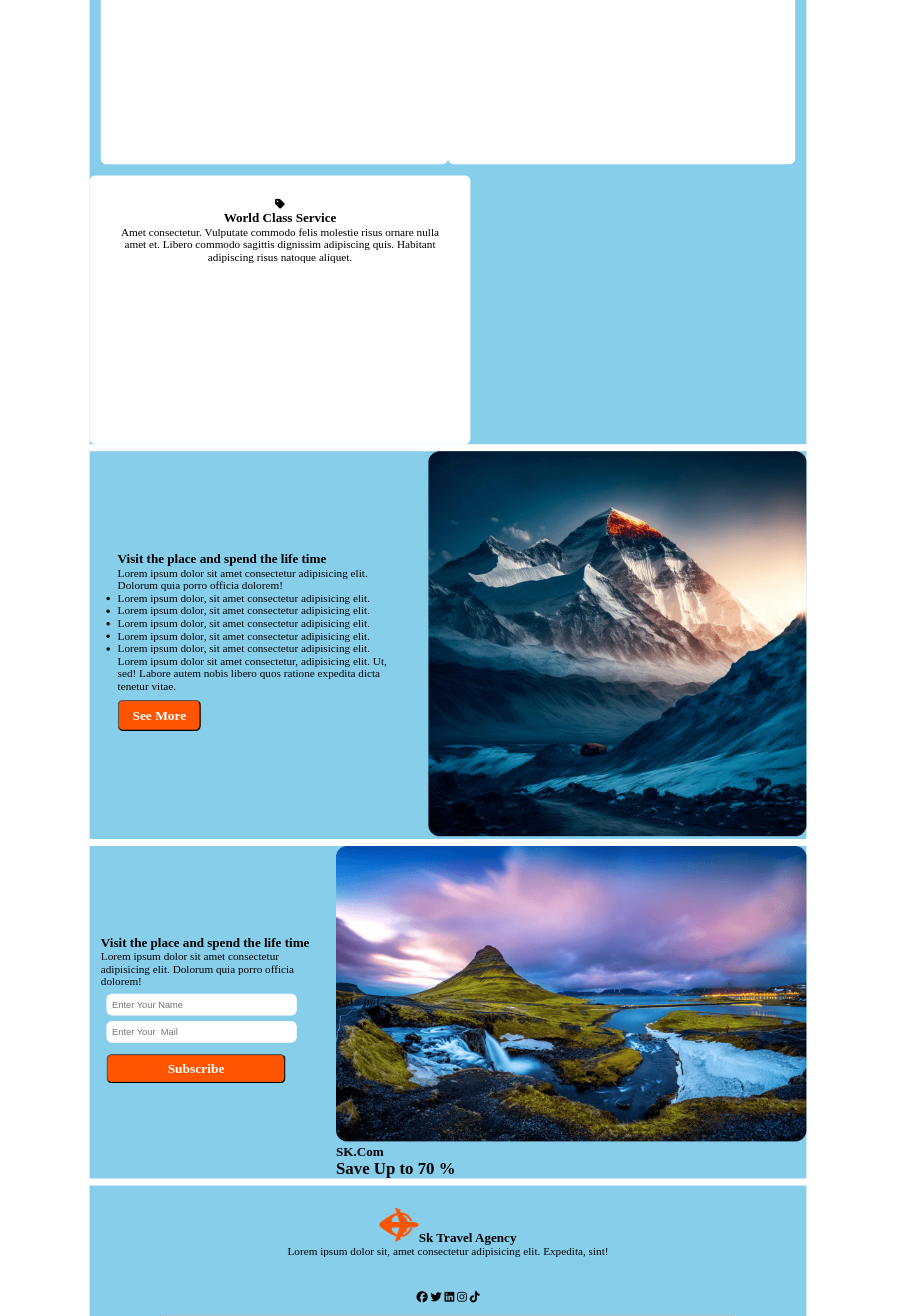
Repository: sumonkumarsarkar/Sk-Travel-Agency-
Page: index.html
An editor plug-in stored every save of this project. The page is shown before and after the next save, followed by the edit.
The browser window is 1280 px wide. The page is 1312 px wide, so the pictures cover 1312 px, including what lies to the right of the window. The pictures show the part of the page from y = 2662 to 4542 px (the page is 4592 px tall before and 4602 px after), at 70% of full size.

Above is the page before, as saved 2024-01-17 11:29:26.

### index.html
<!DOCTYPE html>
<html lang="en">
<head>
    <meta charset="UTF-8">
    <meta name="viewport" content="width=device-width, initial-scale=1.0">
    <title>Sk-Travel-Agency</title>
    <link rel="stylesheet" href="./style.css">

    <link rel="stylesheet" href="https://cdnjs.cloudflare.com/ajax/libs/font-awesome/6.5.1/css/all.min.css" integrity="sha512-DTOQO9RWCH3ppGqcWaEA1BIZOC6xxalwEsw9c2QQeAIftl+Vegovlnee1c9QX4TctnWMn13TZye+giMm8e2LwA==" crossorigin="anonymous" referrerpolicy="no-referrer" />
</head>
<body>
    <header>
         <div class="container">
            <nav>
                <div class="icon-header">
                    <p> <span><img src="./Images/Group 40071 (2).png" alt=""></span>Sk-Travel-Agency</p>
                </div>
                <div class="menu-header">
                    <ul>
                        <li><a href="#">Home</a></li>
                        <li><a href="#">About</a></li>
                        <li><a href="#">Package</a></li>
                        <li><a href="#">Blog</a></li>
                        <li><a href="#">Contact</a></li>
                    </ul>
                </div>
            </nav>
         </div>


<div class="container">
    <div class="banner-section">
        <h2>Our Service</h2>
        <p>Lorem ipsum dolor sit amet consectetur adipisicing elit. Placeat in, ex esse distinctio veritatis error?</p>
        <div class="banner-button">
         <h3>where </h3>
         <h3>when<span><i class="fa-solid fa-chevron-down"></i></span></h3>
         <h3>when<span><i class="fa-solid fa-chevron-down"></i></span></h3>

        <button type="button"> <span><i class="fa-solid fa-magnifying-glass"></i></span>Find Now</button>
        </div>
       </div>

</div>


<div class="container">
    <div class="container-item">
        <div class="text-item">
         <h3>Our Popular Place</h3>
         <p>Lorem ipsum dolor sit amet consectetur adipisicing elit. Dolorum quia porro officia dolorem!</p>
         <ul>
            <li><p>Lorem ipsum dolor, sit amet consectetur adipisicing elit.</p></li>
            <li><p>Lorem ipsum dolor, sit amet consectetur adipisicing elit.</p></li>
            <li><p>Lorem ipsum dolor, sit amet consectetur adipisicing elit.</p></li>
            <li><p>Lorem ipsum dolor, sit amet consectetur adipisicing elit.</p></li>
            <li><p>Lorem ipsum dolor, sit amet consectetur adipisicing elit.</p></li>
         </ul>
         <p>Lorem ipsum dolor sit amet consectetur, adipisicing elit. Ut, sed! Labore autem nobis libero quos ratione expedita dicta tenetur vitae.</p>
         <button type="button">See More</button>
        </div>
        <div class="container-img-item">
            <img src="./Images/Rectangle 4.png" alt="">
        </div>
    </div>
</div>

    </header>


    <main>


        <!-- Choose Your place start   -->


<div class="container">
     <div class="container-text">
        <h2>Choose Your Place</h2>
        <p>Lorem ipsum dolor sit, amet consectetur adipisicing elit. Molestias est ipsum fugiat nemo, quis impedit molestiae quibusdam similique consequatur ex.</p>
     </div>
     <div class="container-image">

        <div class="img-row">
            <div class="image">
                <img src="./Images/Rectangle 5.png" alt="">
                <h3>Maldives</h3>
             </div>
             <div class="image">
                <img src="./Images/Rectangle 5.png" alt="">
                <h3>Indonesia</h3>
             </div>
        </div>

        <div class="img-row">
            <div class="image">
                <img src="./Images/Rectangle 6.png" alt="">
                <h3>Srilanka</h3>
             </div>
             <div class="image">
                <img src="./Images/Rectangle 7.png" alt="">
                <h3>North America</h3>
             </div>
             <div class="image">
                <img src="./Images/Rectangle 9.png" alt="">
                <h3>Kashmi</h3>
             </div>
        </div>

        <div class="img-row">
            <div class="image">
                <img src="./Images/Rectangle 11.png" alt="">
                <h3>Bangladesh</h3>
             </div>
             <div class="image">
                <img src="./Images/Rectangle 10.png" alt="">
                <h3>Bandarban</h3>
             </div>
        </div>
     </div>
</div>

        <!-- Choose Your place end
           -->


   <!-- card start   -->



   <div class="container">
    <div class="container-text">
       <h2>Why Choose Us</h2>
       <p>Dolor sit amet consectetur. Diam volutpat neque habitasse pharetra odio sit massa. Sodales dictumst nec nibh pellentesque.</p>
    </div>

        <div class="container-card">
            <div class="card">
                <span><i class="fa-solid fa-hotel"></i></span>
                <h3>Handpicked Hotels</h3>
                <p>Amet consectetur. Vulputate commodo felis molestie risus  ornare nulla amet et. Libero commodo sagittis dignissim adipiscing quis. Habitant adipiscing risus natoque aliquet. </p>
            </div>
            <div class="card">
                <span><i class="fa-solid fa-location-dot"></i></span>
                <h3>World Class Service</h3>
                <p>Amet consectetur. Vulputate commodo felis molestie risus  ornare nulla amet et. Libero commodo sagittis dignissim adipiscing quis. Habitant adipiscing risus natoque aliquet.  </p>
            </div>
        </div>

        <div class="card card-text">
            <span><i class="fa-solid fa-tag"></i></span>
            <h3>World Class Service</h3>
            <p>Amet consectetur. Vulputate commodo felis molestie risus  ornare nulla amet et. Libero commodo sagittis dignissim adipiscing quis. Habitant adipiscing risus natoque aliquet.  </p>
        </div>



</div>





   <!-- card start   -->





        <!-- place part start  -->

<div class="container">
    <div class="container-item">
        <div class="text-item">
         <h3>Visit the place and spend the life time</h3>
         <p>Lorem ipsum dolor sit amet consectetur adipisicing elit. Dolorum quia porro officia dolorem!</p>
         <ul>
            <li><p>Lorem ipsum dolor, sit amet consectetur adipisicing elit.</p></li>
            <li><p>Lorem ipsum dolor, sit amet consectetur adipisicing elit.</p></li>
            <li><p>Lorem ipsum dolor, sit amet consectetur adipisicing elit.</p></li>
            <li><p>Lorem ipsum dolor, sit amet consectetur adipisicing elit.</p></li>
            <li><p>Lorem ipsum dolor, sit amet consectetur adipisicing elit.</p></li>
         </ul>
         <p>Lorem ipsum dolor sit amet consectetur, adipisicing elit. Ut, sed! Labore autem nobis libero quos ratione expedita dicta tenetur vitae.</p>
         <button type="button">See More</button>
        </div>
        <div class="container-img-item">
            <img src="./Images/Rectangle 4.png" alt="">
        </div>
    </div>
</div>


 <!-- place part end  -->


 <div class="container">
    <div class="container-item">
        <div class="text-form">
         <h3>Visit the place and spend the life time</h3>
         <p>Lorem ipsum dolor sit amet consectetur adipisicing elit. Dolorum quia porro officia dolorem!</p>

         <form>
            <input type="text" placeholder="Enter Your Name">
            <input type="text" placeholder="Enter Your  Mail">
         </form>
         <button type="button">Subscribe</button>
        </div>
        <div class="container-img-item">
            <img src="./Images/Rectangle 8 (1).png" alt="">
            <h3>SK.Com</h3>
            <h2>Save Up to 70 %</h2>
        </div>
    </div>
</div>



<!-- form part start  -->




<!-- form part end  -->


    </main>









        <footer>
            <div class="container">

                    <div class="nornal-text">
                           <h3> <span><img src="./Images/Group 40071 (2).png" alt=""></span>Sk Travel Agency</h3>
                            <p>Lorem ipsum dolor sit, amet consectetur adipisicing elit. Expedita, sint!</p>
                    </div>

                <div class="icon-img">
                    <i class="fa-brands fa-facebook"></i>
                    <i class="fa-brands fa-twitter"></i>
                    <i class="fa-brands fa-linkedin"></i>
                    <i class="fa-brands fa-instagram"></i>
                    <i class="fa-brands fa-tiktok"></i>
                </div>

                <hr>

               <div class="last-text">
                 <p>@ 2017 All Rights Reserved</p>

               </div>


         </footer>





</body>
</html>

### style.css
*{
    margin: 0;
    padding: 0;
}



/* main Choose Your place start  */

.container-text {
text-align: center;
padding:4rem;
}

.img-row{
    display: flex;
    width: 100%;
    gap:.1rem;


}
.image img{
    width:100%;

}
.image h3{
 position: relative;
    top:-10rem;
    left:10rem;
    color: #FFF;
}



/* card start  */
.container-card{
    display: flex;
    padding:1rem;
    justify-content:space-around;
    align-items: center;
}
.card-text{
 text-align: center;
}

.card{
    height:20rem;
    width: 30rem;
    background:#FFF;
    border-radius: .5rem;
    padding:2rem;


}
#card-align{
    text-align: center;
}

/* card end  */




/* main Choose Your place end */


 /* main place part start  */
.container-item{
    display: flex;
    justify-content:space-around;
    align-items: center;
    margin: 10px auto;
}

.container-item .text-item{
    padding: 40px;
}

button{
color: #FFF;
text-align: center;
font-family: Mulish;
font-size: 1.2rem;
font-style: normal;
font-weight: 800;
padding: .6rem 1.2rem;
border-radius:.5rem;
background: #FF5400;
margin: 10px auto;

}



/* form part start  */

.text-form  form input{
    display: block;
    padding:.5rem;
    width: 80%;
    margin:.5rem;
    border: none;
    border-radius: .5rem;
}
.text-form{

    padding:.5rem;
    width: 80%;
    margin:.5rem;
}
.text-form button{

    padding:.5rem;
    width: 80%;
    margin:.5rem;
}



/* form part end  */




 /* main place part end */

/* header menu bar start  */




nav{
    display: flex;
    justify-content: space-between;
    align-items: center;
    margin-bottom: 1rem;
}
.icon-header{
    align-items: center;
    padding:20px;
}
.icon-header img{
    width: 1rem;
    height: 1rem;
}
.menu-header ul{
    list-style: none;

}
.menu-header ul li{
   display: inline-block;
   padding: 10px 10px;

}
.menu-header ul li a{
    text-decoration: none;
}

.banner-section{
    background-image: url("./Images/Group 13 (1) (1).png");
}




.banner-section{
    text-align: center;
    padding:15rem;


}
.banner-button h3{
    display: inline-block;
    padding: 1rem .5rem;
    color: #FFF;
    margin: 0 1rem;
}

/* header menu bar end  */


/* footer section start  */
.container{
 background: skyblue;
 margin: 1rem auto;
}
.container .nornal-text{
text-align: center;
padding: 2rem 2rem;


}.container .icon-img{
text-align: center;
padding: 1rem 2rem;


}
.container .last-text{
text-align: center;
padding: 1rem 2rem;


}
.container, hr{

width: 80%;
margin: 0 auto;


}



/* footer section end  */

After the next save:
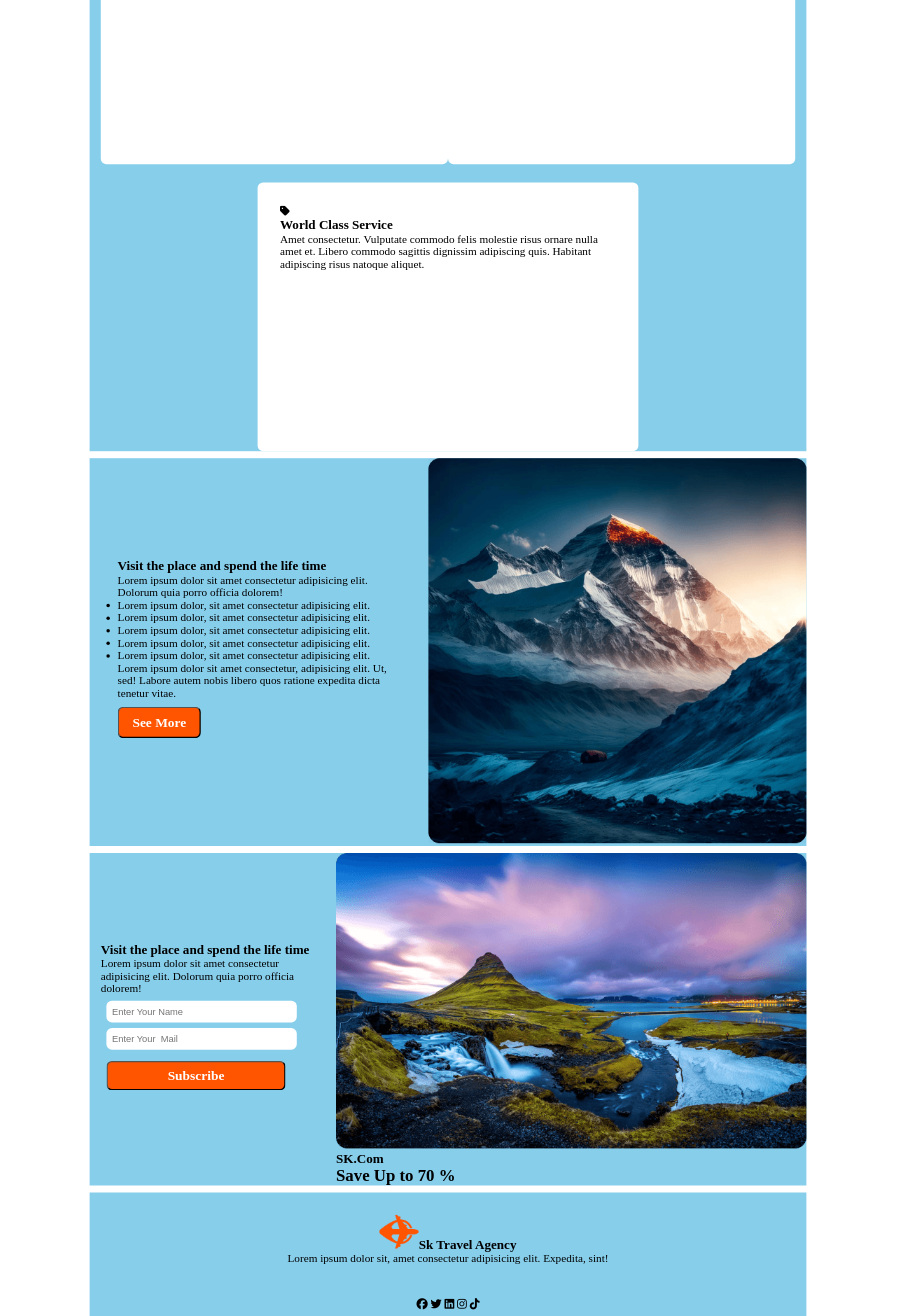
Saved 18 s later.
--- a/style.css
+++ b/style.css
@@ -40,7 +40,7 @@
     align-items: center;
 }
 .card-text{
- text-align: center;
+margin: 10px auto;
 }
 
 .card{

After the save that followed:
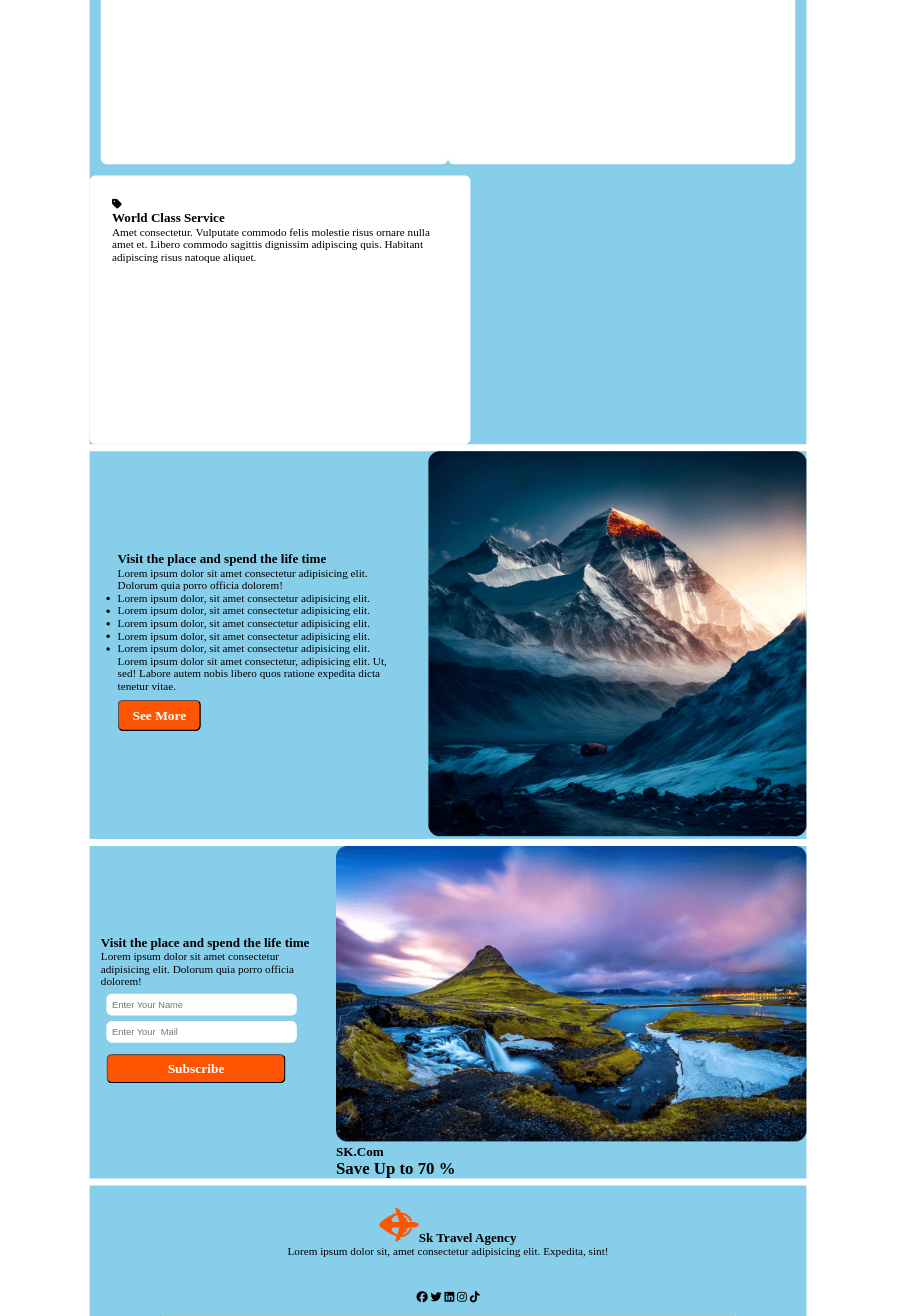
Saved 14 s later.
--- a/style.css
+++ b/style.css
@@ -39,9 +39,7 @@
     justify-content:space-around;
     align-items: center;
 }
-.card-text{
-margin: 10px auto;
-}
+
 
 .card{
     height:20rem;
